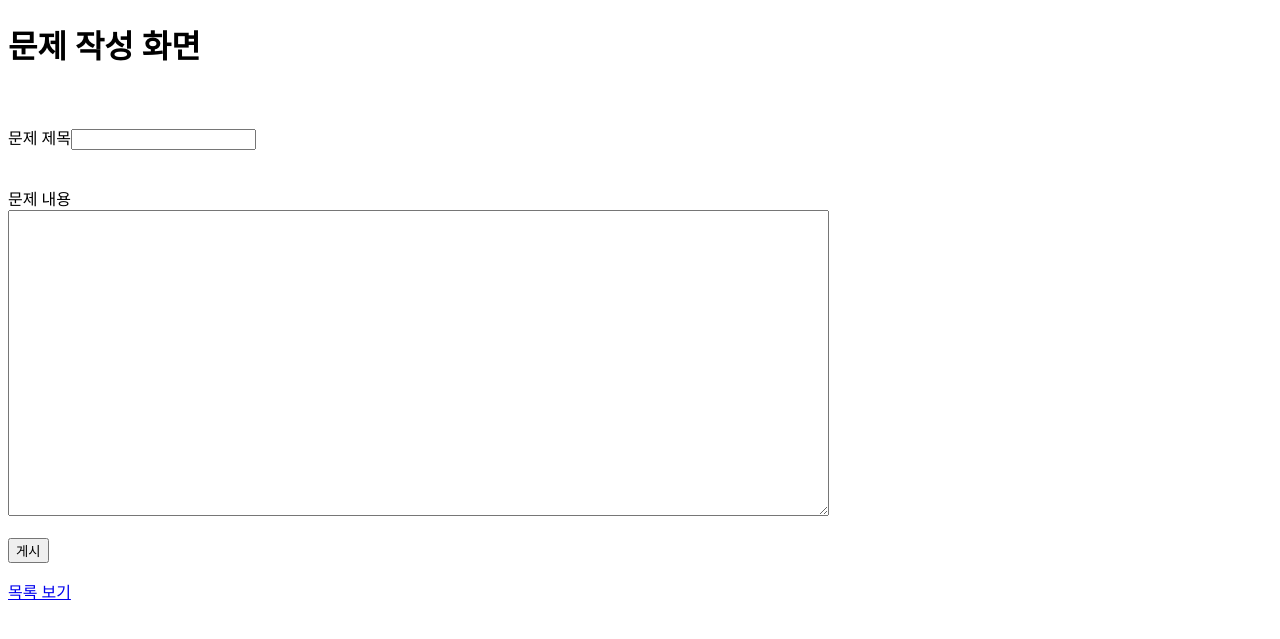
Repository: ryuhm48/Opensource-Project05
Page: http://localhost/Problems/Problems/ProblemWrite.jsp
An editor plug-in stored every save of this project. The page is shown before and after the next save, followed by the edit.
The browser window is 1280 px wide. The pictures show the whole page.
The page is served by Tomcat 9.

Above is the page before, as saved 2019-06-02 02:15:48.

After the next save:
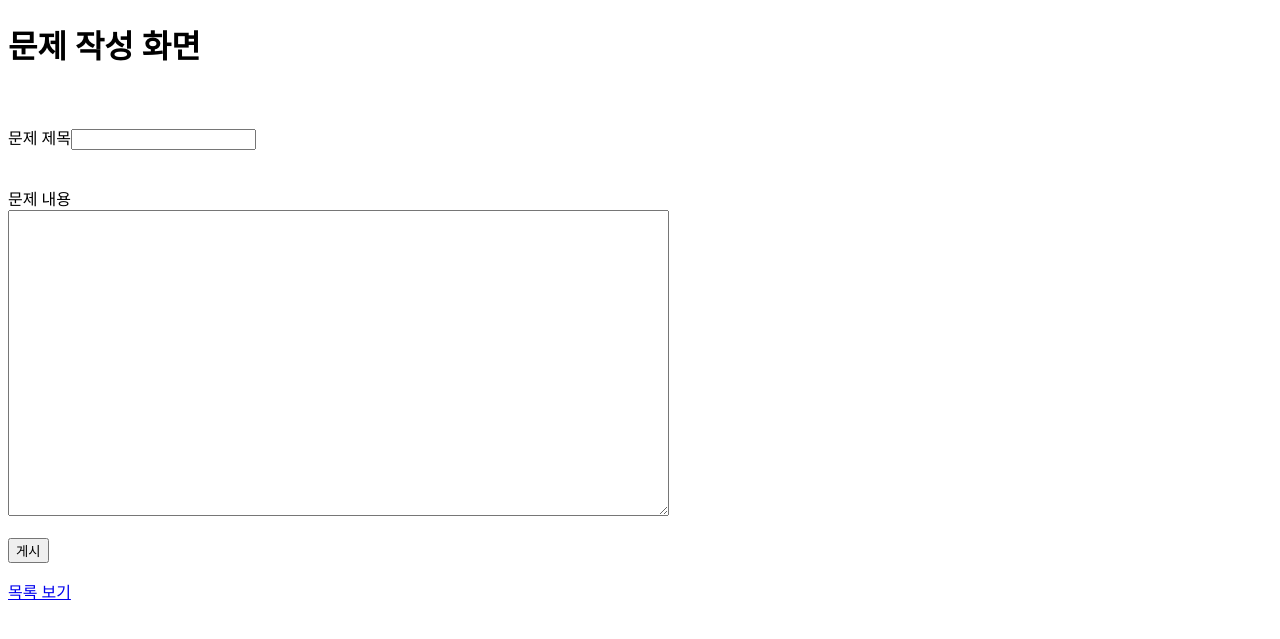
Saved 2 min 41 s later.
--- a/문제 풀이 제출 추가/Problems/WebContent/Problems/ProblemWrite.jsp
+++ b/문제 풀이 제출 추가/Problems/WebContent/Problems/ProblemWrite.jsp
@@ -16,7 +16,7 @@ pageEncoding="UTF-8"%>
 		문제 제목<input type = "text" name = "problemName"><br/>
 		<input type = "text" name = "problemLanguage" style = "display : none;" value = "C"><br/>
 		<input type = "text" name = "writerName" style = "display : none;" value = "김경태"><br/>
-		문제 내용<br/><textarea name = "problemContent" rows="20" cols="100"></textarea><br/><br/>
+		문제 내용<br/><textarea name = "problemContent" rows="20" cols="80"></textarea><br/><br/>
 		<input type = "submit" value = "게시"></br>
 	</form>
 
